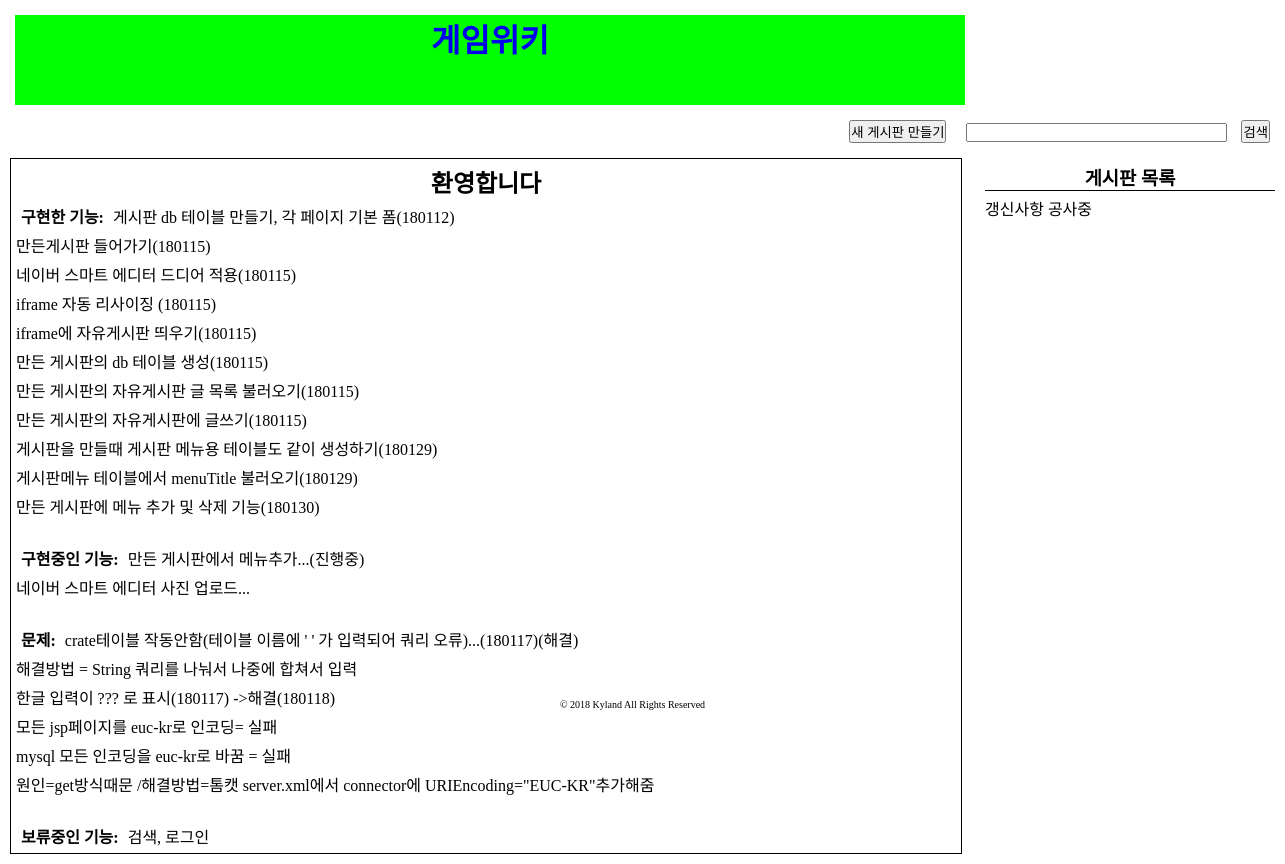
Repository: sithslord/GameWiki
Page: http://localhost/JSPBoard/MainPage/Main.jsp
An editor plug-in stored every save of this project. The page is shown before and after the next save, followed by the edit.
The browser window is 1280 px wide. The page is 1285 px wide, so the pictures cover 1285 px, including what lies to the right of the window. The pictures show the whole page.
The page is served by Tomcat 9.

Above is the page before, as saved 2018-01-30 06:40:23.

After the next save:
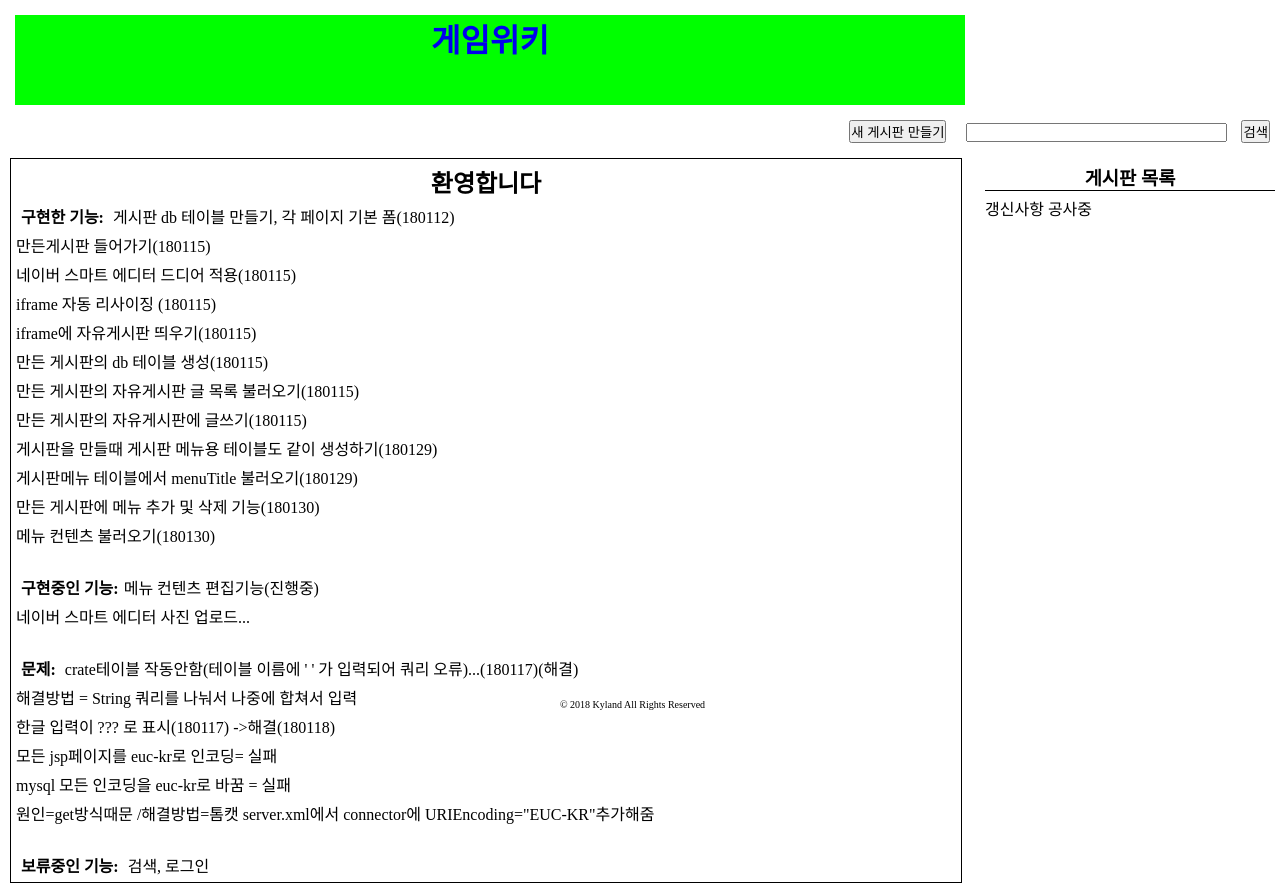
Saved 35 s later.
--- a/ReWork/JSPBoard/WebContent/MainPage/Main.jsp
+++ b/ReWork/JSPBoard/WebContent/MainPage/Main.jsp
@@ -104,9 +104,10 @@ body{
 		<p>게시판을 만들때 게시판 메뉴용 테이블도 같이 생성하기(180129)</p>
 		<p>게시판메뉴 테이블에서 menuTitle 불러오기(180129)</p>
 		<p>만든 게시판에 메뉴 추가 및 삭제 기능(180130)</p>
+		<p>메뉴 컨텐츠 불러오기(180130)</p>
 
 		</br>
-		<p><strong>구현중인 기능:</strong> 만든 게시판에서 메뉴추가...(진행중)</p>
+		<p><strong>구현중인 기능:</strong>메뉴 컨텐츠 편집기능(진행중)</p>
 		<p>네이버 스마트 에디터 사진 업로드...</p>
 		</br>
 
